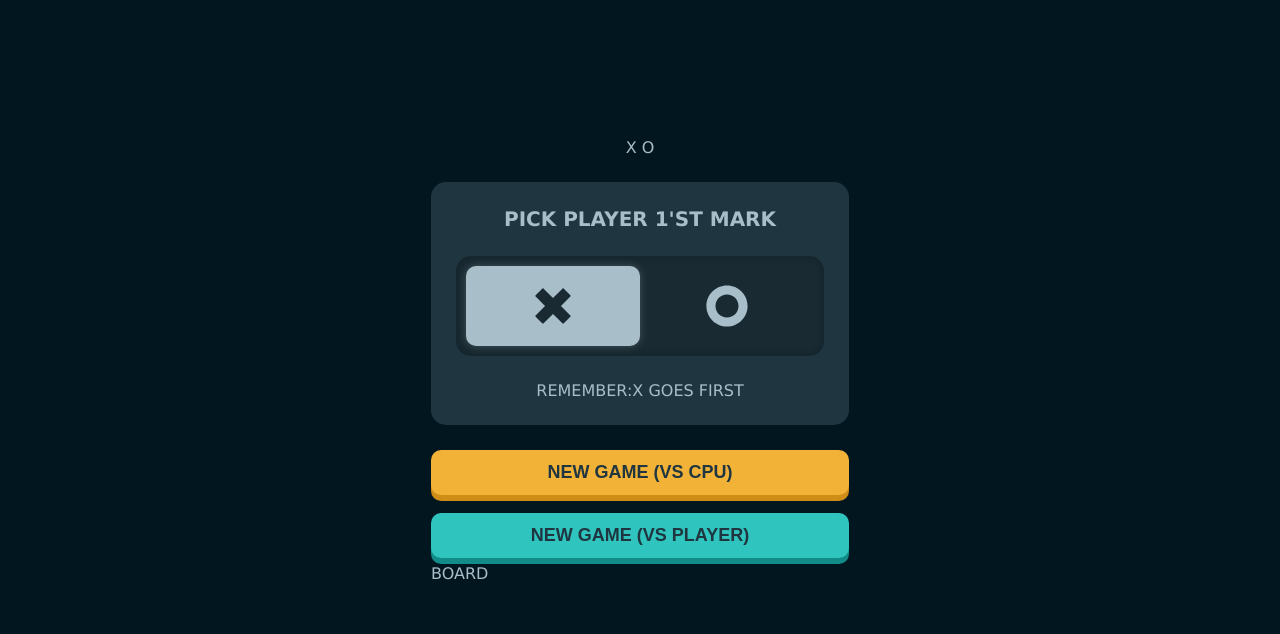
Repository: SD-Mdouka/XO_GAME
Page: /
The author's editor kept a copy of each file at every save. The page is drawn from the files as they stood at one save, then again after the next save.
The browser window is 1280 px wide. The pictures show the whole page.
The project was rebuilt for these pictures with package versions that can differ from the ones it lists, and the page was loaded fresh each time.

Above is the page before, as saved 2022-08-29 15:24:35.

### src/index.css
* {
    padding: 0;
    margin: 0;
    box-sizing: border-box;
}

:root {
    --color-bg-dark: #192a33;
    --color-bg-light: #1f3640;
    --color-gray: #a8bec9;
    --color-gray-dark: #7a8991;
    --color-yellow: #f2b238;
    --color-yellow-dark: #cd8d16;
    --color-blue: #30c4be;
    --color-blue-dark: #128c89;
    --shadow-y: 6px;
}

html {
    font-family: "Lucida Sans", "Lucida Sans Regular", "Lucida Grande", "Lucida Sans Unicode", Geneva, Verdana, sans-serif;
    text-transform: uppercase;
    font-size: 16px;
}

body {
    background-color: var(--color-bg-dark);
    color: var(--color-gray);
}

.App {
    background-color: #021620;
    min-height: 100vh;
    display: flex;
    align-items: center;
    justify-content: center;
}

.container {
    max-width: 450px;
    width: 100%;
    margin-inline: auto;
    padding: 2rem 1rem;
}


/*utilites*/

.card {
    padding: 25px;
    display: flex;
    flex-direction: column;
    gap: 25px;
    border-radius: 15px;
    background-color: var(--color-bg-light);
    -webkit-border-radius: 15px;
    -moz-border-radius: 15px;
    -ms-border-radius: 15px;
    -o-border-radius: 15px;
    text-align: center;
}

.text-lg {
    font-size: 1.25rem;
}

.text-xl {
    font-size: 1.5rem;
}

.text-2xl {
    font-size: 1.725rem;
}

.text-light {
    color: var(--color-gray);
}

.text-blue {
    color: var(--color-blue);
}

.text-yellow {
    color: var(--color-yellow);
}

.btn {
    background-color: var(--color-gray);
    border: none;
    font-size: 1.125rem;
    font-weight: bold;
    padding: 12px 25px;
    text-transform: uppercase;
    cursor: pointer;
    border-radius: 10px;
    -webkit-border-radius: 10px;
    -moz-border-radius: 10px;
    -ms-border-radius: 10px;
    -o-border-radius: 10px;
    color: var(--color-bg-light);
    display: inline-block;
    box-shadow: 0 var(--shadow-y) 0 var(--color-gray-dark);
    margin-bottom: 6px;
    transition: all 0.2s;
    -webkit-transition: all 0.2s;
    -moz-transition: all 0.2s;
    -ms-transition: all 0.2s;
    -o-transition: all 0.2s;
}

.btn:hover {
    --shadow-y: 8px;
    transform: translateY(-2px);
    -webkit-transform: translateY(-2px);
    -moz-transform: translateY(-2px);
    -ms-transform: translateY(-2px);
    -o-transform: translateY(-2px);
}

.btn:active {
    --shadow-y: 4px;
    transform: translateY(2px);
    -webkit-transform: translateY(2px);
    -moz-transform: translateY(2px);
    -ms-transform: translateY(2px);
    -o-transform: translateY(2px);
}

.btn-yellow {
    background-color: var(--color-yellow);
    box-shadow: 0 var(--shadow-y) 0 var(--color-yellow-dark);
}

.btn-blue {
    background-color: var(--color-blue);
    box-shadow: 0 var(--shadow-y) 0 var(--color-blue-dark);
}

.btn-sm {
    --shadow-y: 4px;
}

.btn-sm:hover {
    --shadow-y: 6px;
}

.btn-sm:active {
    --shadow-y: 3px;
}


/* icons */

.icon {
    display: inline-block;
}

.icon svg {
    fill: var(--color-gray);
    height: 50px;
    vertical-align: middle;
}

.icon-sm svg {
    height: 30px;
}

.icon-lg svg {
    height: 65px;
}

.icon-yellow svg {
    fill: var(--color-yellow);
}

.icon-blue svg {
    fill: var(--color-blue);
}

.icon-dark svg {
    fill: var(--color-bg-dark);
}


/* Sarte */

.start {
    display: flex;
    flex-direction: column;
    gap: 25px;
}

.start__header {
    display: flex;
    align-items: center;
    justify-content: center;
}

.start__players {
    background-color: var(--color-bg-dark);
    padding: 10px;
    border-radius: 15px;
    -webkit-border-radius: 15px;
    -moz-border-radius: 15px;
    -ms-border-radius: 15px;
    -o-border-radius: 15px;
    display: flex;
    align-items: center;
    box-shadow: inset 0 0 8px rgba(0, 0, 0, 0.2);
}

.start__players span {
    width: 50%;
    display: flex;
    align-items: center;
    justify-content: center;
    padding: 15px 10px;
    border-radius: 10px;
    -webkit-border-radius: 10px;
    -moz-border-radius: 10px;
    -ms-border-radius: 10px;
    -o-border-radius: 10px;
    cursor: pointer;
}

.start__players--active {
    background-color: var(--color-gray);
    box-shadow: 0 0 8px rgba(255, 255, 255, 0.2);
}

.start__btns {
    display: flex;
    flex-direction: column;
    gap: 12px;
}

### src/App.js
import Board from "./component/board/Board";
import Start from "./component/start/Start";

function App() {
  return (
    <div className="App">
      <div className="container">
        <Start />
        <Board />
      </div>
    </div>
  );
}

export default App;

### src/component/start/Start.js
import React from "react";
import Xicons from "../icons/Xicons";
import Oicons from "../icons/Oicons";

const Start = () => {
  return (
    <div className="start">
      <div className="start__header">x o</div>
      <div className="card shadow-gray">
        <h1 className="text-lg">Pick Player 1'st mark</h1>
        <div className="start__players">
          <span className="start__players--active">
            <Xicons color={"dark"} />
          </span>
          <span>
            <Oicons color={"light"} />
          </span>
        </div>
        <p className="text-light">remember:x goes first</p>
      </div>
      <div className="start__btns">
        <button className="btn btn-yellow">new game (vs CPU)</button>
        <button className="btn btn-blue">new game (vs Player)</button>
      </div>
    </div>
  );
};

export default Start;

### src/component/icons/Xicons.js
import React from "react";

const Xicon = ({ color, size }) => {
  return (
    <div
      className={`icon ${color ? "icon-" + color : "icon-blue"} ${
        size && "icon-" + size
      }`}
    >
      <svg
        version="1.1"
        id="Layer_1"
        x="0px"
        y="0px"
        width="100px"
        height="100px"
        viewBox="0 0 100 100"
      >
        <path
          d="M84.707,68.752L65.951,49.998l18.75-18.752c0.777-0.777,0.777-2.036,0-2.813L71.566,15.295
	c-0.777-0.777-2.037-0.777-2.814,0L49.999,34.047l-18.75-18.752c-0.746-0.747-2.067-0.747-2.814,0L15.297,28.431
	c-0.373,0.373-0.583,0.88-0.583,1.407c0,0.527,0.21,1.034,0.583,1.407L34.05,49.998L15.294,68.753
	c-0.373,0.374-0.583,0.88-0.583,1.407c0,0.528,0.21,1.035,0.583,1.407l13.136,13.137c0.373,0.373,0.881,0.583,1.41,0.583
	c0.525,0,1.031-0.21,1.404-0.583l18.755-18.755l18.756,18.754c0.389,0.388,0.896,0.583,1.407,0.583c0.511,0,1.019-0.195,1.408-0.583
	l13.138-13.137C85.484,70.789,85.484,69.53,84.707,68.752z"
        />
      </svg>
    </div>
  );
};

export default Xicon;

### src/component/icons/Oicons.js
import React from "react";

const Oicon = ({ color, size }) => {
  return (
    <div
      className={`icon ${color ? "icon-" + color : "icon-yellow"} ${
        size && "icon-" + size
      }`}
    >
      <svg
        version="1.1"
        id="Layer_1"
        x="0px"
        y="0px"
        viewBox="-169 -35 100 100"
      >
        <g>
          <path
            d="M-119,56.2c-22.7,0-41.2-18.5-41.2-41.2s18.5-41.2,41.2-41.2c22.7,0,41.2,18.5,41.2,41.2S-96.3,56.2-119,56.2z M-119-8
		c-12.7,0-23,10.3-23,23c0,12.7,10.3,23,23,23s23-10.3,23-23C-96,2.3-106.3-8-119-8z"
          />
        </g>
      </svg>
    </div>
  );
};

export default Oicon;

Loaded but not shown: public/index.html (common file); src/index.js (common file); src/component/board/Board.js (common file)

After the next save:
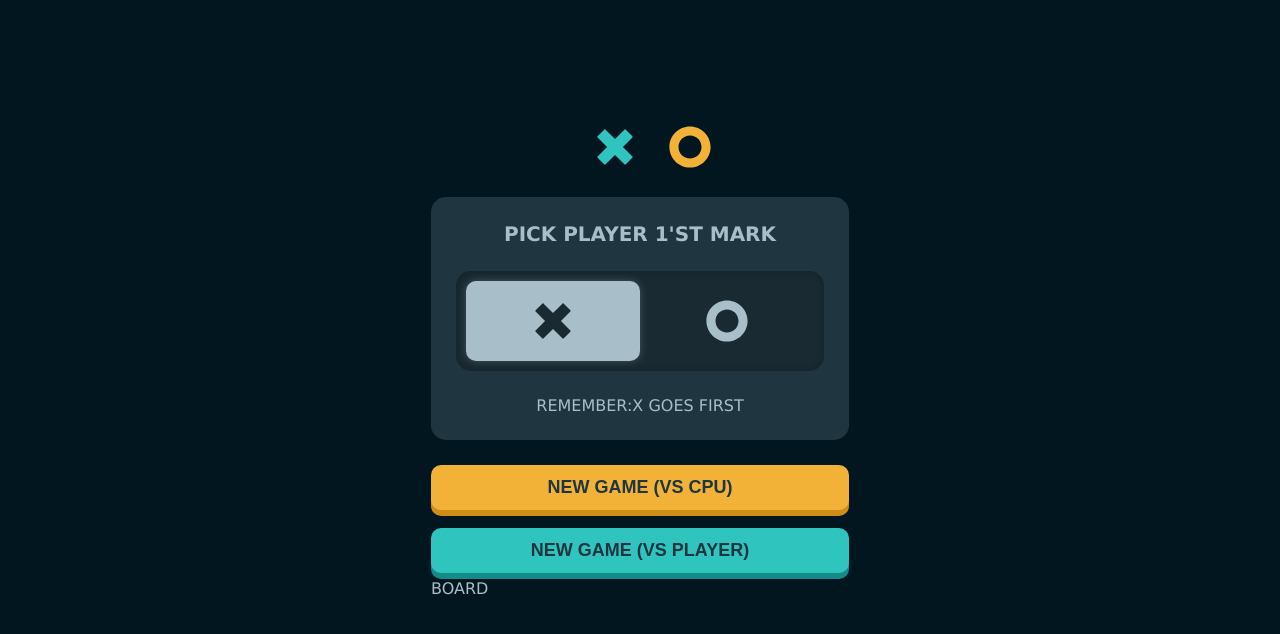
Saved 31 s later.
--- a/src/component/start/Start.js
+++ b/src/component/start/Start.js
@@ -5,7 +5,10 @@ import Oicons from "../icons/Oicons";
 const Start = () => {
   return (
     <div className="start">
-      <div className="start__header">x o</div>
+      <div className="start__header">
+        <Xicons />
+        <Oicons />
+      </div>
       <div className="card shadow-gray">
         <h1 className="text-lg">Pick Player 1'st mark</h1>
         <div className="start__players">
